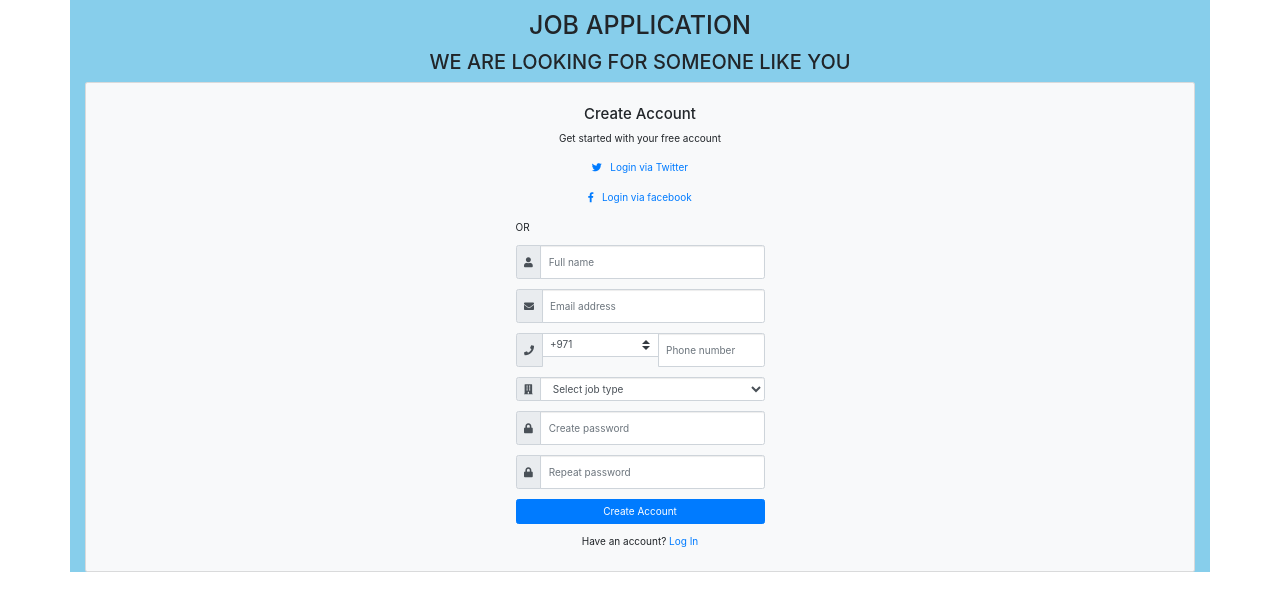
Repository: jenny241093/JS-Core
Page: 03.JSApplications/06.JSForFrontEndEx/skeleton/index.html
These files come from the project's save history. The page is drawn as it stood at one moment and after the next save; the edit follows.
The browser window is 1280 px wide. The pictures show the whole page.
Some web libraries are served in a nearby version.

Above is the page before, as saved 2019-04-01 15:06:56.

### 03.JSApplications/06.JSForFrontEndEx/skeleton/index.html
<!DOCTYPE html>
<html lang="en">

<head>
    <title>Bootstrap Example</title>
    <meta charset="utf-8">
    <meta name="viewport" content="width=device-width, initial-scale=1">
    <link rel="stylesheet" href="https://maxcdn.bootstrapcdn.com/bootstrap/3.4.0/css/bootstrap.min.css">
    <script src="https://ajax.googleapis.com/ajax/libs/jquery/3.3.1/jquery.min.js"></script>
    <script src="https://maxcdn.bootstrapcdn.com/bootstrap/3.4.0/js/bootstrap.min.js"></script>
</head>

<body>
    <link href="//maxcdn.bootstrapcdn.com/bootstrap/4.0.0/css/bootstrap.min.css" rel="stylesheet" id="bootstrap-css">
    <script src="//maxcdn.bootstrapcdn.com/bootstrap/4.0.0/js/bootstrap.min.js"></script>
    <script src="//cdnjs.cloudflare.com/ajax/libs/jquery/3.2.1/jquery.min.js"></script>
    <!------ Include the above in your HEAD tag ---------->

    <link rel="stylesheet" href="https://use.fontawesome.com/releases/v5.0.8/css/all.css">


    <div class="container" style="background-color:skyblue">
        <h1 class="card-title mt-3 text-center">JOB APPLICATION</h1>
        <h2 class="card-title mt-3 text-center">WE ARE LOOKING FOR SOMEONE LIKE YOU</h2>
        <div class="card bg-light">
            <article class="card-body mx-auto" style="max-width: 400px;">
                <h4 class="card-title mt-3 text-center">Create Account</h4>
                <p class="text-center">Get started with your free account</p>
                <p>
                    <a href="" class="btn btn-block btn-twitter"> <i class="fab fa-twitter"></i>   Login via Twitter</a>
                    <a href="" class="btn btn-block btn-facebook"> <i class="fab fa-facebook-f"></i>   Login via facebook</a>
                </p>
                <p class="divider-text">
                    <span class="bg-light">OR</span>
                </p>
                <form>
                    <div class="form-group input-group">
                        <div class="input-group-prepend">
                            <span class="input-group-text"> <i class="fa fa-user"></i> </span>
                        </div>
                        <input name="" class="form-control" placeholder="Full name" type="text">
                    </div>
                    <!-- form-group// -->
                    <div class="form-group input-group">
                        <div class="input-group-prepend">
                            <span class="input-group-text"> <i class="fa fa-envelope"></i> </span>
                        </div>
                        <input name="" class="form-control" placeholder="Email address" type="email">
                    </div>
                    <!-- form-group// -->
                    <div class="form-group input-group">
                        <div class="input-group-prepend">
                            <span class="input-group-text"> <i class="fa fa-phone"></i> </span>
                        </div>
                        <select class="custom-select" style="max-width: 120px;">
                <option selected="">+971</option>
                <option value="1">+972</option>
                <option value="2">+198</option>
                <option value="3">+701</option>
            </select>
                        <input name="" class="form-control" placeholder="Phone number" type="text">
                    </div>
                    <!-- form-group// -->
                    <div class="form-group input-group">
                        <div class="input-group-prepend">
                            <span class="input-group-text"> <i class="fa fa-building"></i> </span>
                        </div>
                        <select class="form-control">
                <option selected=""> Select job type</option>
                <option>Designer</option>
                <option>Manager</option>
                <option>Accaunting</option>
            </select>
                    </div>
                    <!-- form-group end.// -->
                    <div class="form-group input-group">
                        <div class="input-group-prepend">
                            <span class="input-group-text"> <i class="fa fa-lock"></i> </span>
                        </div>
                        <input class="form-control" placeholder="Create password" type="password">
                    </div>
                    <!-- form-group// -->
                    <div class="form-group input-group">
                        <div class="input-group-prepend">
                            <span class="input-group-text"> <i class="fa fa-lock"></i> </span>
                        </div>
                        <input class="form-control" placeholder="Repeat password" type="password">
                    </div>
                    <!-- form-group// -->
                    <div class="form-group">
                        <button type="submit" class="btn btn-primary btn-block"> Create Account  </button>
                    </div>
                    <!-- form-group// -->
                    <p class="text-center">Have an account? <a href="">Log In</a> </p>
                </form>
            </article>
        </div>
        <!-- card.// -->

    </div>
    <!--container end.//-->

</body>

</html>

After the next save:
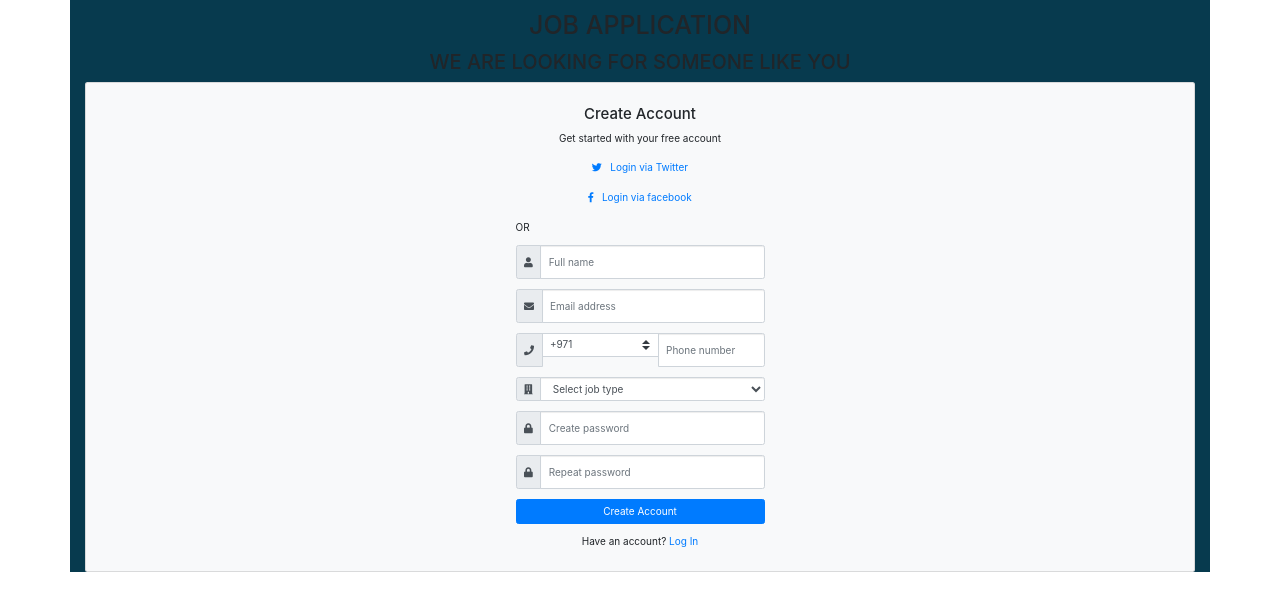
Saved 17 s later.
--- a/03.JSApplications/06.JSForFrontEndEx/skeleton/index.html
+++ b/03.JSApplications/06.JSForFrontEndEx/skeleton/index.html
@@ -19,7 +19,7 @@
     <link rel="stylesheet" href="https://use.fontawesome.com/releases/v5.0.8/css/all.css">
 
 
-    <div class="container" style="background-color:skyblue">
+    <div class="container" style="background-color:rgb(7, 58, 78)">
         <h1 class="card-title mt-3 text-center">JOB APPLICATION</h1>
         <h2 class="card-title mt-3 text-center">WE ARE LOOKING FOR SOMEONE LIKE YOU</h2>
         <div class="card bg-light">
